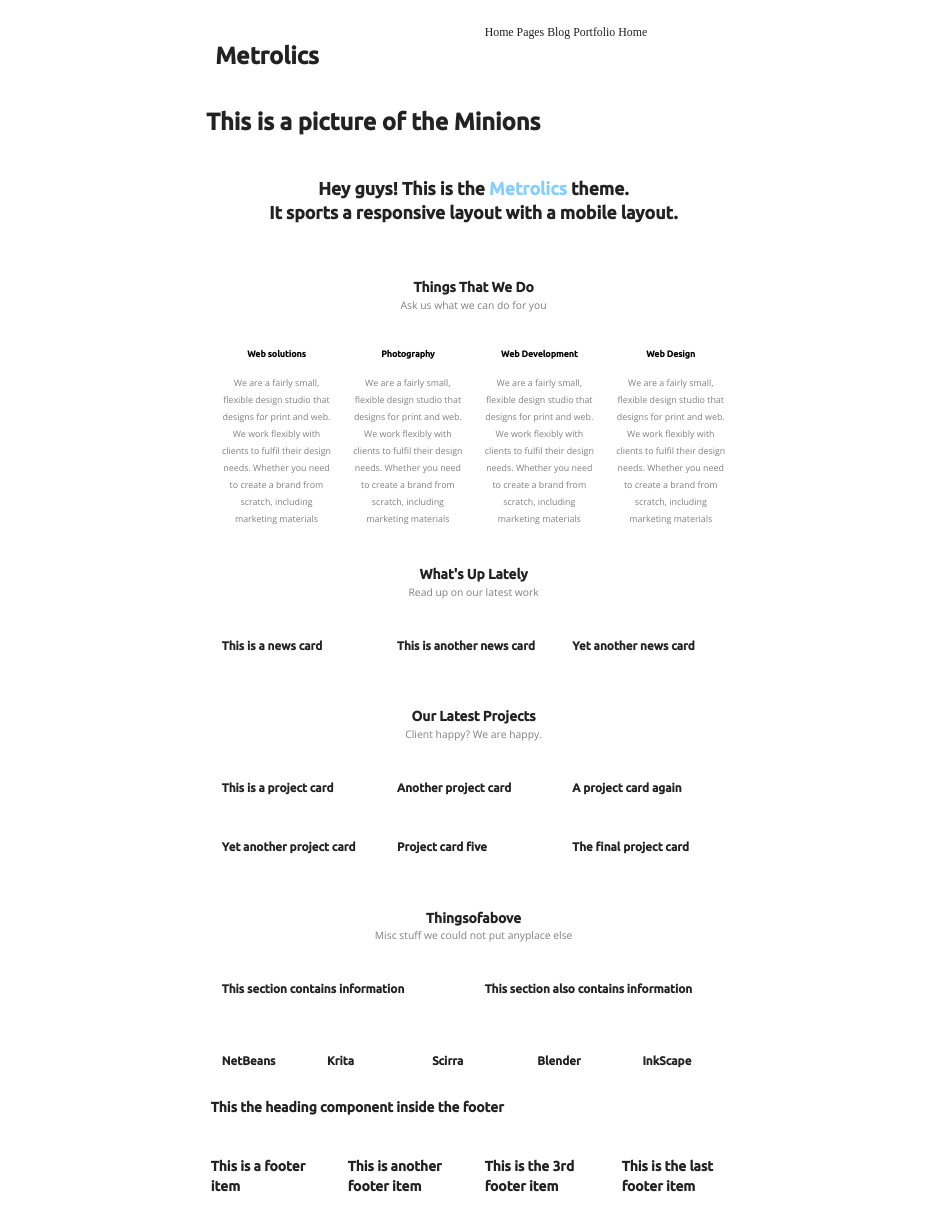
Repository: kennyharman/Marlowe_Kenny_Lab_02B
Page: index.html
These files come from the project's save history. The page is drawn as it stood at one moment and after the next save; the edit follows.
The browser window is 1280 px wide. The pictures show the whole page, at 74% of full size.

Above is the page before, as saved 2024-02-05 16:01:43.

After the next save:
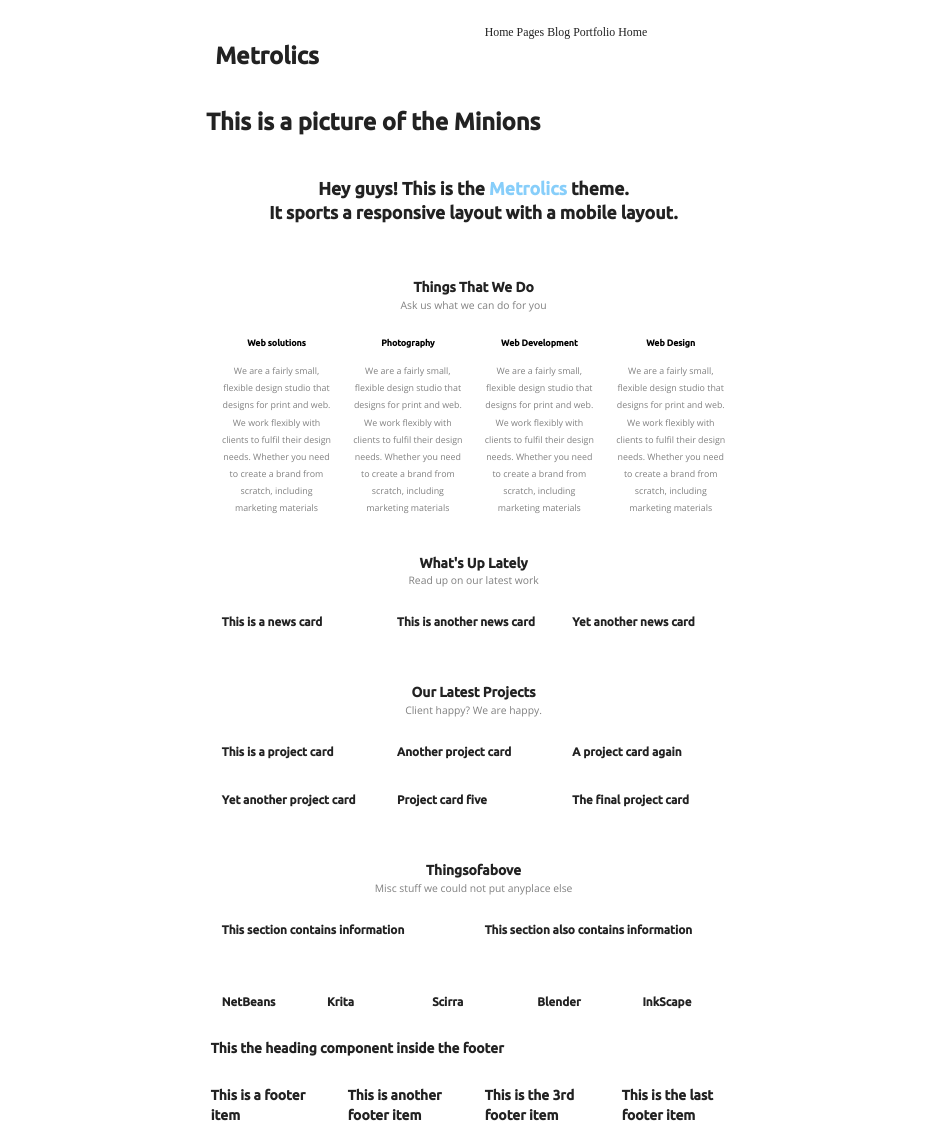
Saved 28 s later.
--- a/css/style.css
+++ b/css/style.css
@@ -270,7 +270,7 @@ p {
 
 .row {
   display: grid;
-  row-gap: 1rem;
+  row-gap: rem;
   margin-top: 2rem;
 }
 
